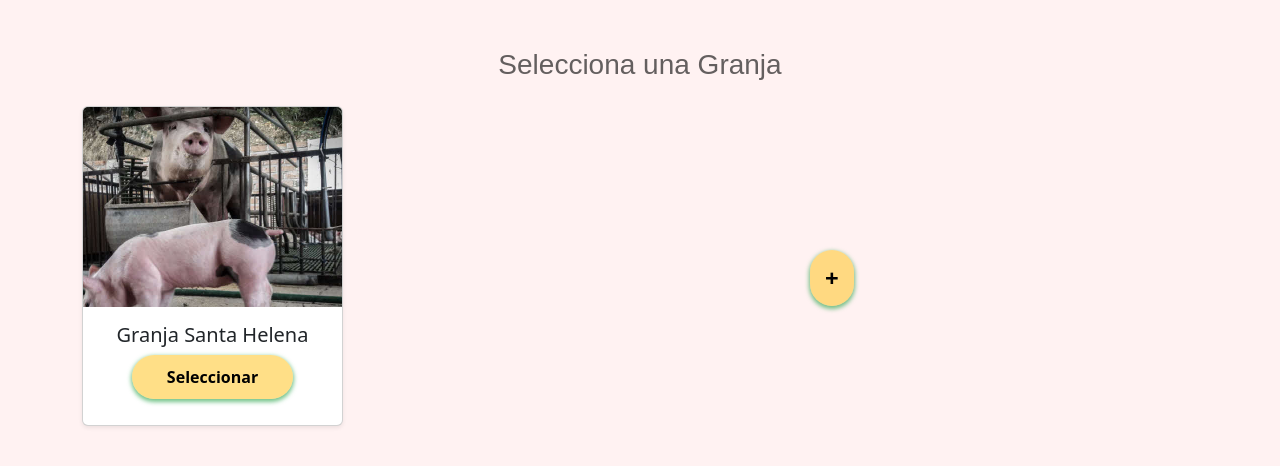
Repository: Mateojimenezz/Granja-Santa-Helena
Page: seleccionarGranja.html
The author's editor kept a copy of each file at every save. The page is drawn from the files as they stood at one save, then again after a run of saves.
The browser window is 1280 px wide. The pictures show the whole page.
Some web fonts or font styles are not loaded; a fallback is used.

Above is the page before, as saved 2025-05-13 10:57:33.

### seleccionarGranja.html
<!DOCTYPE html>
<html lang="es">
<head>
    <meta charset="UTF-8">
    <meta name="viewport" content="width=device-width, initial-scale=1.0">
    <title>La Granja</title>
    <link href="https://cdn.jsdelivr.net/npm/bootstrap@5.3.3/dist/css/bootstrap.min.css" rel="stylesheet" integrity="sha384-QWTKZyjpPEjISv5WaRU9OFeRpok6YctnYmDr5pNlyT2bRjXh0JMhjY6hW+ALEwIH" crossorigin="anonymous">

    <link rel="stylesheet" href="./assets/css/seleccionarGranja.css">
    <link rel="stylesheet" href="https://cdn.jsdelivr.net/npm/bootstrap-icons@1.11.3/font/bootstrap-icons.min.css">
    <link href="https://fonts.googleapis.com/css2?family=Calistoga&display=swap" rel="stylesheet">

  </head>
<body>
    <div class="container mt-5">
        <h3 class="text-center mb-4">Selecciona una Granja</h3>

        <div class="row g-4" id="granjas-list">
            <!-- Primera granja fija -->
            <div class="col-md-3 " id="granjas-container">
                <div class="card shadow-sm">
                    <img src="./assets/img/granja2.jpg" class="card-img-top" alt="Santa Helena">
                    <div class="card-body text-center">
                        <h5 class="card-title">Granja Santa Helena</h5>
                        <button class="btn btn-form" onclick="seleccionarGranja('Santa Helena')">Seleccionar</button>
                    </div>
                </div>
            </div>

            <!-- Aquí se agregarán las granjas dinámicamente -->
        </div>

        <!-- Botón para ir a la página de agregar nueva granja -->
        <div class="text-center mt-4">
            <a href="agregarGranja.html" id="agregar-granja" class="btn btn-form"> + </a>
        </div>
    </div>






  <!-- bootstrap JS -->
  <script src="https://cdn.jsdelivr.net/npm/bootstrap@5.3.3/dist/js/bootstrap.bundle.min.js" integrity="sha384-YvpcrYf0tY3lHB60NNkmXc5s9fDVZLESaAA55NDzOxhy9GkcIdslK1eN7N6jIeHz" crossorigin="anonymous"></script>
  <script src="./assets/js/seleccionarGranja.js"></script>




</body>

</html>

### assets/css/seleccionarGranja.css

@import "./variables.css";
body{
    background-color: var( --color-FondoDiv2);
}
.container h3 {
    text-align: center;
    margin-bottom: 20px;
    color: var(--color-TextoMenuLateral);
    font-family: var(--font-principal);
}
.granja-card {
    width: 150px;
    margin: 10px;
    padding: 10px;
    border: 1px solid #ccc;
    border-radius: 8px;
    text-align: center;
    box-shadow: 2px 2px 10px rgba(0,0,0,0.2);
}



.granja-card button {
    margin-top: 10px;
    background-color: #007bff;
    color: white;
    border: none;
    padding: 5px 10px;
    cursor: pointer;
    border-radius: 5px;
}
.card-img-top {
    width: 100%;
    height: 200px; /* Ajusta según el diseño */
    object-fit: cover; /* Recorta la imagen para que se ajuste sin deformarse */

}
.btn-form{
    background-color: var(  --color-Botones);
    padding: 10px 35px;
    margin-bottom: 10px;
    border: none;
    border-radius: 30px;
    color: black;
    font-weight: bold;
    box-shadow: 0 2px 4px 1px  rgba(25, 157, 60, 0.6) /* Sombra verde */

  }
  .btn-form:hover {
    background-color: #f4cf50; /* Tonalidad más oscura */
    color: black;
  }
  .btn-form:active {
    background-color:var(--color-principal)!important;
    color: white !important;
    box-shadow: none !important;
  }

#granjas-container {
    position: relative; /* Habilita posicionamiento dentro del contenedor */
    display: flex;

}

#agregar-granja {
    position: absolute;
    top: 250px; /* Ajusta la distancia desde arriba */
    left: 810px; /* Ajusta la distancia desde la derecha */
    z-index: 10; /* Asegura que el botón esté por encima de otros elementos */
    padding: 10px 15px;
    font-size: 24px;
}

### assets/js/seleccionarGranja.js
// ✅ Mostrar vista previa de imagen antes de guardarla
document.getElementById("imagen")?.addEventListener("change", function(event) {
    const file = event.target.files[0];
    const reader = new FileReader();

    reader.onload = function() {
        document.getElementById("preview").src = reader.result;
        document.getElementById("preview").style.display = "block";
    };

    if (file) {
        reader.readAsDataURL(file);
    }
});

// ✅ Guardar nueva granja y redirigir a `seleccionarGranja.html`
document.getElementById("form-granja")?.addEventListener("submit", function(event) {
    event.preventDefault();

    const nombreGranja = document.getElementById("nombre").value;
    const urlImagen = document.getElementById("preview").src;

    if (nombreGranja && urlImagen) {
        let granjas = JSON.parse(localStorage.getItem("granjas")) || [];
        granjas.push({ nombre: nombreGranja, imagen: urlImagen });
        localStorage.setItem("granjas", JSON.stringify(granjas));

        alert("Granja agregada correctamente!");

        window.location.href = "seleccionarGranja.html"; // Redirigir
    }
});

// ✅ Cargar las granjas guardadas en `seleccionarGranja.html`
document.addEventListener("DOMContentLoaded", function() {
    const listaGranjas = document.getElementById("granjas-list");
    let granjas = JSON.parse(localStorage.getItem("granjas")) || [];

    if (granjas.length === 0) {
        console.warn("No hay granjas en el localStorage.");
    }

    granjas.forEach(granja => {
        const nuevaGranja = document.createElement("div");
        nuevaGranja.classList.add("col-md-3");

        nuevaGranja.innerHTML = `
            <div class="card shadow-sm">
                <img src="${granja.imagen}" class="card-img-top" alt="Imagen de ${granja.nombre}">
                <div class="card-body text-center">
                    <h5 class="card-title">${granja.nombre}</h5>
                    <button class="btn btn-form" onclick="seleccionarGranja('${granja.nombre}')">Seleccionar</button>
                </div>
            </div>
        `;

        listaGranjas.appendChild(nuevaGranja);
    });
});

function seleccionarGranja(nombre) {
    alert(`Has seleccionado la granja: ${nombre}`);
    localStorage.setItem("granjaSeleccionada", nombre);
    window.location.href = "dashboard.html"; // Redirigir a la vista de la granja
}

// ✅ Guardar la granja seleccionada y redirigir a `inicio.html`
function seleccionarGranja(nombre) {
    localStorage.setItem("granjaSeleccionada", nombre);
    window.location.href = "paginaDeInicio.html"; // Redirigir a la página principal
}

### assets/css/variables.css
/* variables.css */
:root {
    --color-principal: #1CAD48 ;
    --color-Botones: rgba(255, 187, 0, 0.47);
    --color-texto: white;
    --color-fondo: #f5f5f5;
    --font-principal: 'calistoga','arial';
    --color-fondoDiv: #F8E91C;
    --color-FondoDiv2:#FFF2F2;
    --color-Footter: #D9D9D9;
    --letra-gris: #B0B0B7;
    --color-menu-lateral:#BDEAAD;
    --color-TextoMenuLateral:#645f5f; /* Color de texto del menú lateral */
    --fondo-formularios:#FFFFFF; /* Color de fondo de los formularios */
  }

After the next 2 saves:
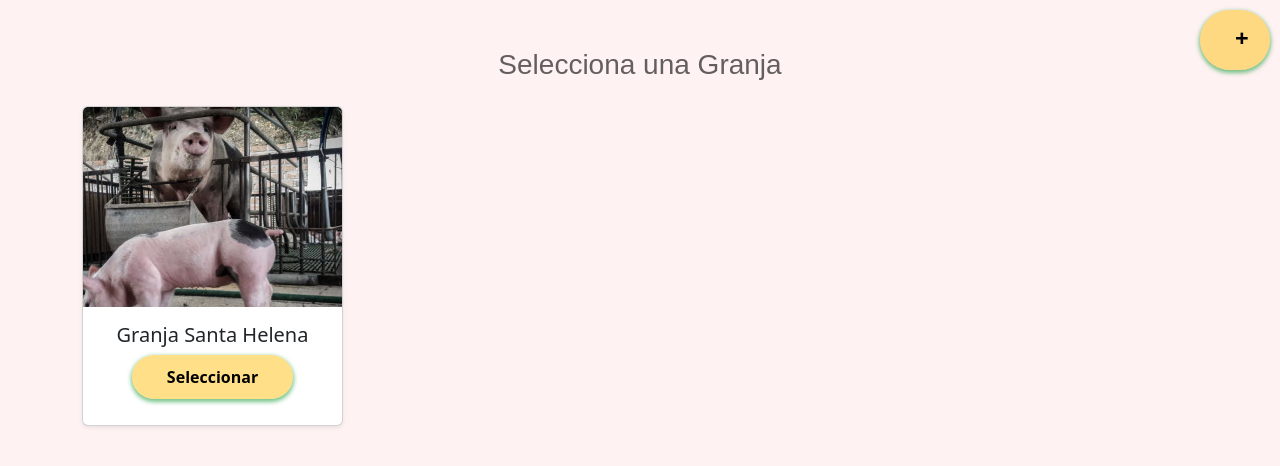
The 2 saves are shown as one change because they came seconds apart.
The last was saved 4 min 13 s later.
--- a/assets/css/seleccionarGranja.css
+++ b/assets/css/seleccionarGranja.css
@@ -58,16 +58,27 @@ body{
   }
 
 #granjas-container {
-    position: relative; /* Habilita posicionamiento dentro del contenedor */
     display: flex;
-
+    flex-wrap: wrap; /* Permite que las tarjetas se acomoden en varias filas */
+    justify-content: flex-start; /* Las tarjetas se alinean desde la izquierda */
+    align-items: flex-start; /* Mantiene el alineado superior */
+    position: relative;
+    gap: 15px; /* Espaciado entre tarjetas */
 }
 
+/* 🔥 Ubicación fija del botón + en la esquina superior derecha */
 #agregar-granja {
     position: absolute;
-    top: 250px; /* Ajusta la distancia desde arriba */
-    left: 810px; /* Ajusta la distancia desde la derecha */
-    z-index: 10; /* Asegura que el botón esté por encima de otros elementos */
-    padding: 10px 15px;
+    top: 10px;
+    right: 10px;
+    z-index: 10; /* Asegura que el botón esté visible */
+    width: 60px;
+    height: 60px;
     font-size: 24px;
+    text-align: center;
 }
+
+/* 🌟 Asegurar que las tarjetas tengan un tamaño uniforme */
+.granja-card {
+    flex: 1 1 auto; /* Permite que las tarjetas crezcan y se acomoden automáticamente */
+}
